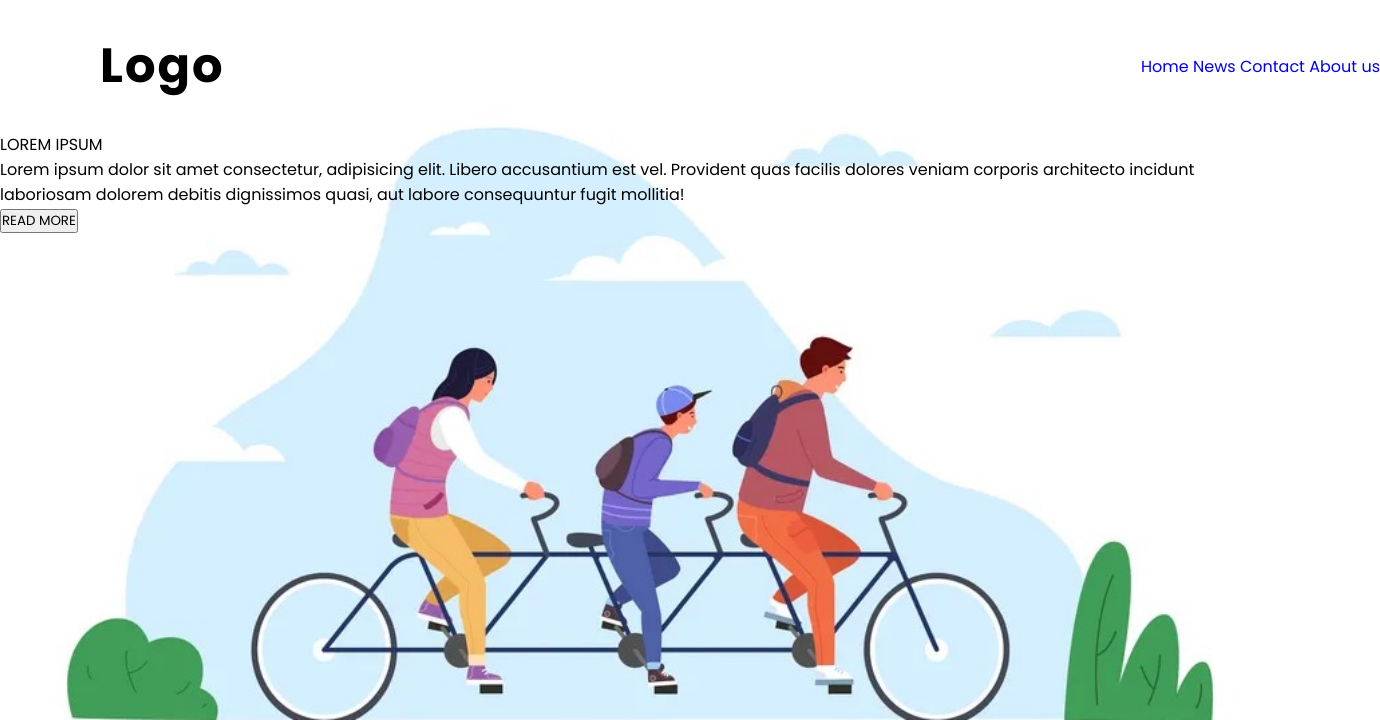
Repository: nganha241/1806
Page: index.html
These files come from the project's save history. The page is drawn as it stood at one moment and after the next save; the edit follows.
The browser window is 1280 px wide. The page is 1380 px wide, so the pictures cover 1380 px, including what lies to the right of the window. The pictures show the whole page.

Above is the page before, as saved 2022-06-18 15:36:42.

After the next save:
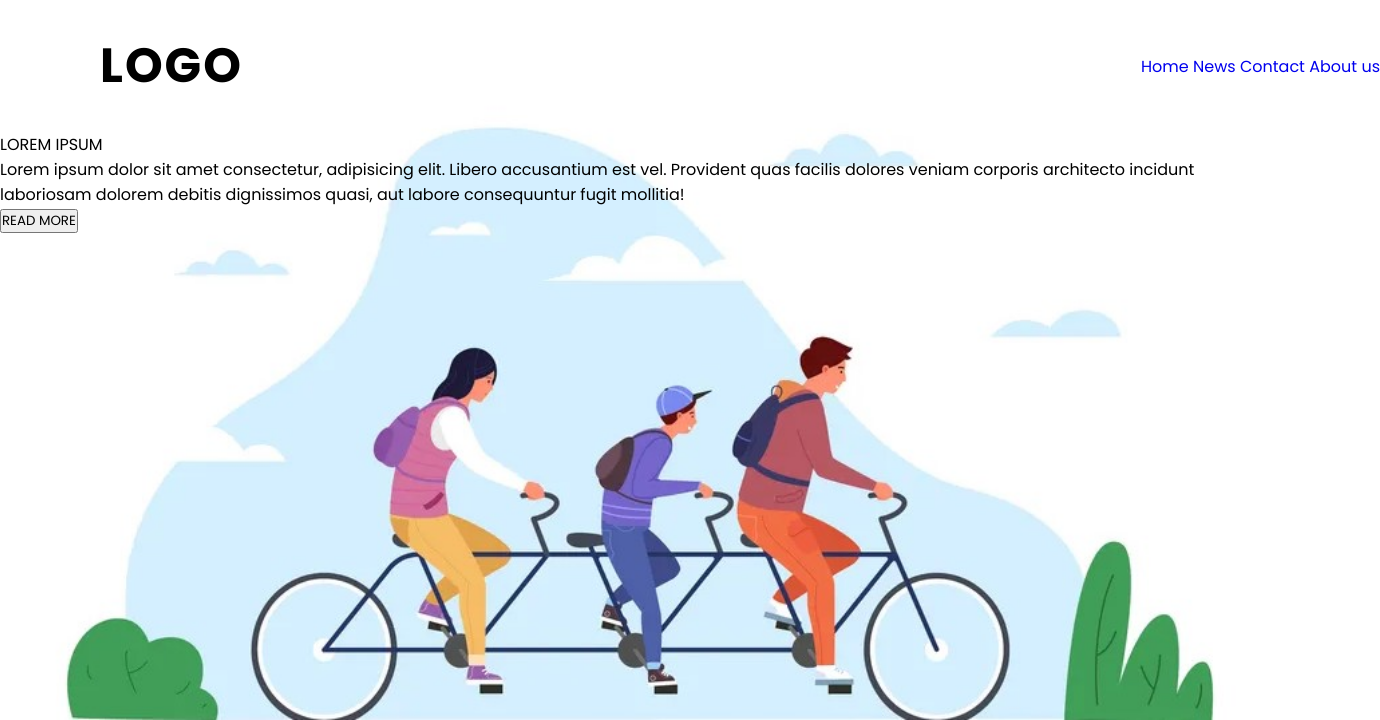
Saved 13 s later.
--- a/style.css
+++ b/style.css
@@ -36,6 +36,7 @@ section header {
     font-size: 32px;
     letter-spacing: 2px;
     cursor: pointer;
+    text-transform: uppercase;
 }
 
 .navigation {
